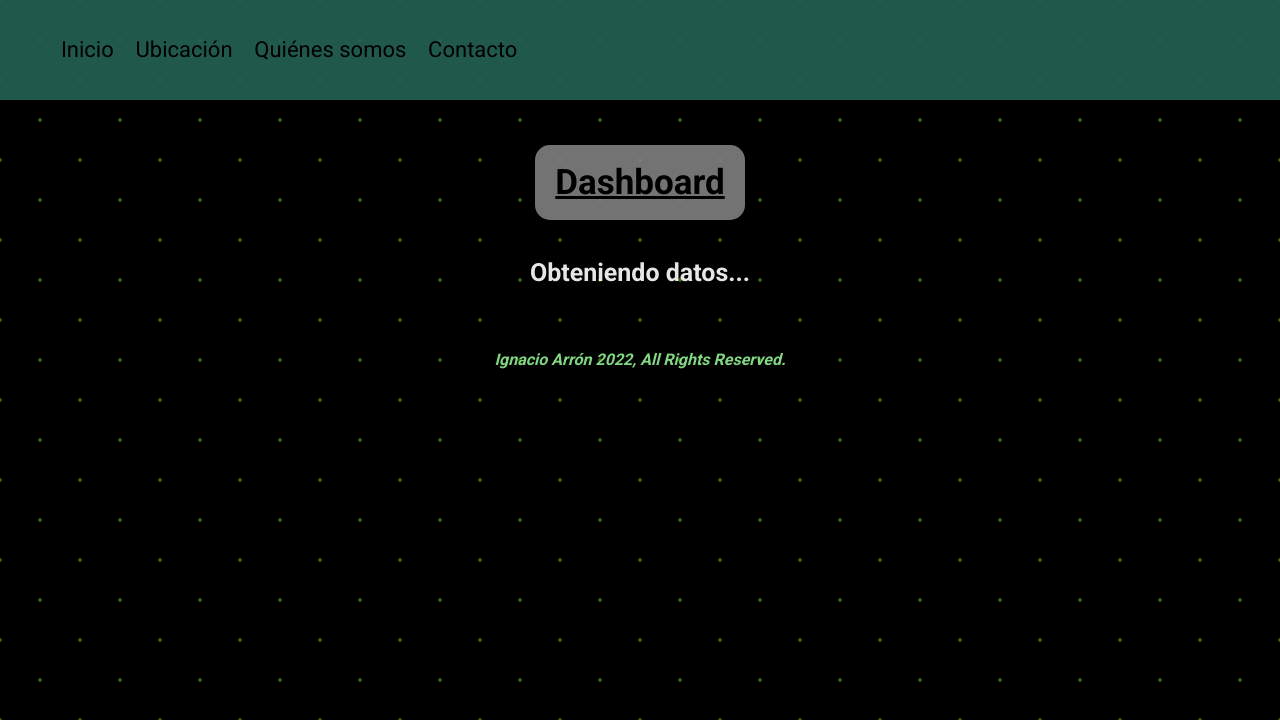
Repository: Divineridh/lppa-parcial2
Page: dashboard.html
An editor plug-in stored every save of this project. The page is shown before and after the next save, followed by the edit.
The browser window is 1280 px wide. The pictures show the whole page.
The page's requests for data from a server got no answer.

Above is the page before, as saved 2022-07-04 20:53:12.

### dashboard.html
<!DOCTYPE html>
<html lang="en">
<head>
    <meta charset="UTF-8">
    <meta http-equiv="X-UA-Compatible" content="IE=edge">
    <meta name="viewport" content="width=device-width, initial-scale=1.0">
    <link rel="stylesheet" href="styles/reset.css">
    <link rel="stylesheet" href="styles/style.css">
    <link rel="stylesheet" href="/styles/dashboard.css">
    <link rel="shortcut icon" href="images/favicon.ico" type="image/x-icon">
    <script src="/scripts/dashboard.js"></script>
    <title>Dashboard</title>
</head>
<body>
    <header>
        <nav>
            <a href="#" target="_blank">Inicio</a>
            <a href="#" target="_blank">Ubicación</a>
            <a href="#" target="_blank">Quiénes somos</a>
            <a href="#" target="_blank">Contacto</a>
            <i id="logout" class="fa-solid fa-arrow-right-from-bracket"></i>
        </nav>
    </header>
    <h2>Dashboard</h2>
    <div class="table-container">
        <img class="gif hidden" src="images/loading.gif" alt="loading logo">
        <p class="text hidden">Obteniendo datos...</p>
        <table id="table">
            <thead id="encabezado"></thead>
            <tbody id="contenido"></tbody>
        </table>
    </div>
    <footer>
        <p>
            Ignacio Arrón 2022, All Rights Reserved.
        </p>
    </footer>
</body>
</html>

### styles/style.css
@import url('https://fonts.googleapis.com/css2?family=Roboto:wght@300;400;700&display=swap');

*{
    box-sizing: border-box;
    --azul: rgb(56, 102, 242);
    --blanco: rgb(255, 255, 255);
    --gris: rgb(221, 221, 221);
    --negro: rgb(0, 0, 0);
    --verdeOscuro: rgb(15, 54, 45);
    --verdeClaro: rgb(36, 99, 85);
    --verdeAgua: rgb(54, 150, 129);
    --verdeHeader: rgb(17, 96, 0);
}

body{
    font-family: 'Roboto', sans-serif;
    background-color: var(--negro);
    opacity: 0.9;
    background-image: radial-gradient(#315d07 2px, transparent 2px), radial-gradient(#315d07 2px, #000000 2px);
    background-size: 80px 80px;
    background-position: 0 0,40px 40px;
    display:flex;
    flex-direction: column;
}

header{
    width: 100%;
    height: 100px;
    padding: 0px 50px;
    margin-bottom: 15px;
    display: flex;
    justify-content: space-between;
    align-items: center;
    background-color: var(--verdeClaro);
}

header h1{
    font-weight: 700;
    font-size: 40px;
    color:var(--blanco);
}

header nav{
    display:inherit;
    justify-content: space-around;
    width: 500px;
}

header nav a{
    text-decoration: none;
    font-weight: 400;
    font-size: 22px;
    color:var(--negro);
}

header nav i{
    font-size: 22px;
}

header nav a:hover, i:hover{
    color: var(--blanco);
    cursor: pointer;
}

footer{
    width: 100%;
    height: 50px;
    display:flex;
    justify-content: center;
    align-items: center;
    margin-top: 30px;
    margin-bottom: 15px;
}

footer p{
    color: lightgreen;
    font-weight: 700;
    font-style: oblique;
    text-align: center;
}

.hidden{
    display:none;
}

### styles/dashboard.css
.table-container{
    margin: auto;
    margin-top: 15px;
    width: 950px;
    display:flex;
    flex-direction: column;
    align-items: center;
}

h2{
    background-color: grey;
    padding: 20px;
    border-radius: 15px;
    color:var(--negro);
    text-decoration-line:underline;
    font-size: 35px;
    font-weight: 700;
    margin: auto;
    margin-top: 30px;
}

table{
    text-align: left;
    background-color: var(--blanco);
    border-collapse: collapse;
    width: 100%;
    margin-top: 20px;
}

th,td{
    padding: 10px;
    border: solid 1px var(--negro);
}

thead{
    font-weight: 700;
    background-color: var(--verdeClaro);
    border-bottom: solid 5px var(--verdeOscuro);
    color:var(--blanco);
}

tr:nth-child(even){
    background-color: var(--gris);
}

tr:hover td{
    background-color: var(--verdeAgua);
    color:var(--blanco);
    cursor:pointer;
}

.text{
    color:var(--blanco);
    font-size: 25px;
    font-weight: 700;
    margin-top: 25px;
}

.gif{
    width: 160px;
    margin-top: 75px;
    text-align: center;
}

### scripts/dashboard.js


window.onload = () => {
    GetElements();
    if (localStorage.logged == "false") {
        Logout();
    }
    logout.onclick = logout;
    Request();
}

function GetElements(){
    logout = document.getElementById("logout");
    loading = document.getElementsByClassName("gif")[0];
    texto = document.getElementsByClassName("text")[0];
}

function Logout(){
    localStorage.logged = "false";
    location = "./login.html";
}

function Request() {
    texto.classList.toggle("hidden", false);
    let url = "https://basic-server-one.vercel.app/users";
    fetch(url)
        .then(response => response.json())
        .then(usuarios => {
            setTimeout(CargarTabla, 500, usuarios.data)
        })
        .catch(error => console.log(error))
}

function CargarTabla(usuarios){
    loading.classList.toggle("hidden", true);
    texto.classList.toggle("hidden", true);
    let head = `
    <tr><th>Nombre</th>
    <th>Ciudad</th>
    <th>Teléfono</th>
    <th>Nombre de usuario</th>
    <th>Email</th></tr>`;
    let body = "";
    for (let i = 0; i < usuarios.length; i++) {
        body += `
        <tr><td>${usuarios[i].name}</td>
        <td>${usuarios[i].address.city}</td>
        <td>${usuarios[i].phone}</td>
        <td>${usuarios[i].username}</td>
        <td>${usuarios[i].email}</td></tr>`;
    }
    document.getElementById("encabezado").innerHTML = head;
    document.getElementById("contenido").innerHTML = body;
}

Loaded but not shown: styles/reset.css (common file)

After the next save:
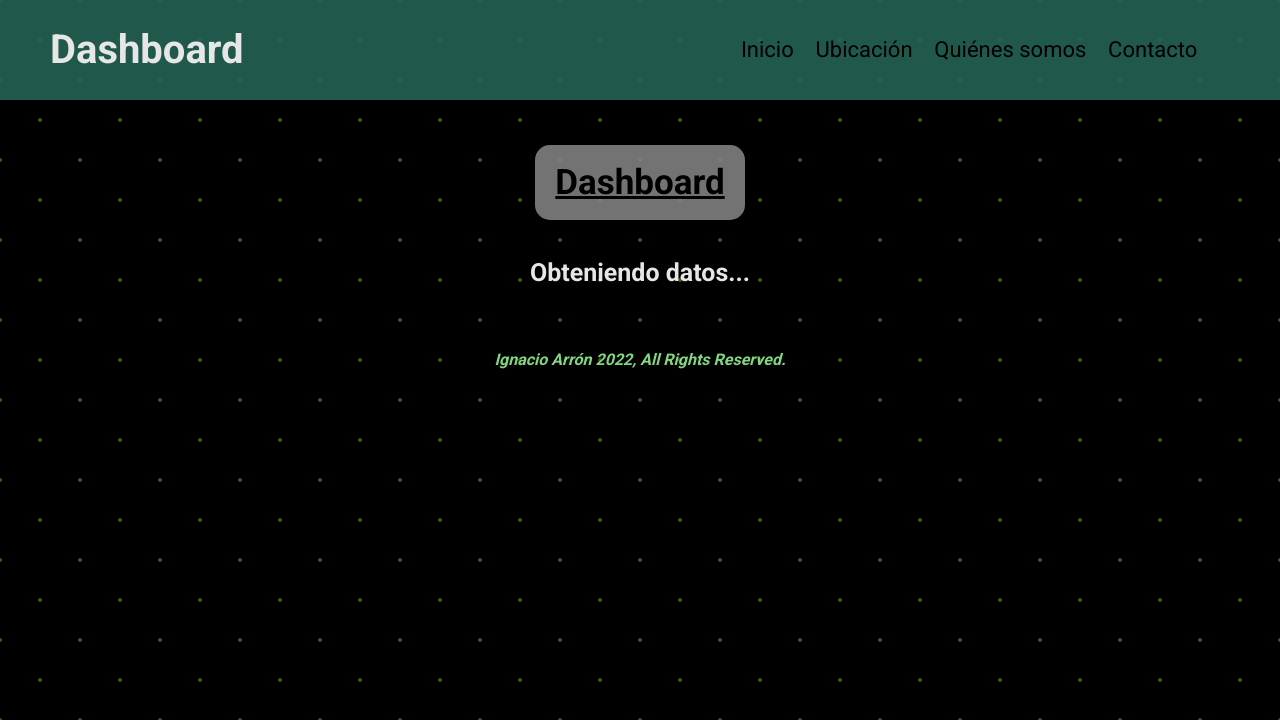
Saved 75 s later.
--- a/dashboard.html
+++ b/dashboard.html
@@ -13,6 +13,7 @@
 </head>
 <body>
     <header>
+        <h1>Dashboard</h1>
         <nav>
             <a href="#" target="_blank">Inicio</a>
             <a href="#" target="_blank">Ubicación</a>
